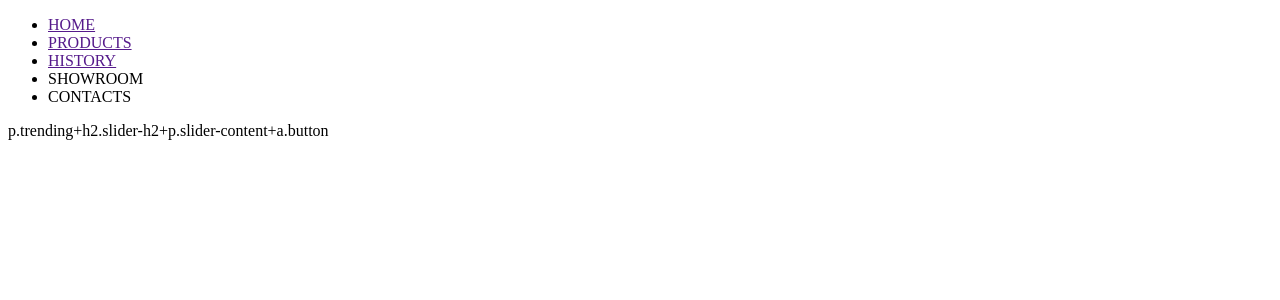
Repository: JaleAliyeva19/interior
Page: index.html
These files come from the project's save history. The page is drawn as it stood at one moment and after the next save; the edit follows.
The browser window is 1280 px wide. The pictures show the whole page.

Above is the page before, as saved 2022-09-06 05:17:09.

After the next save:
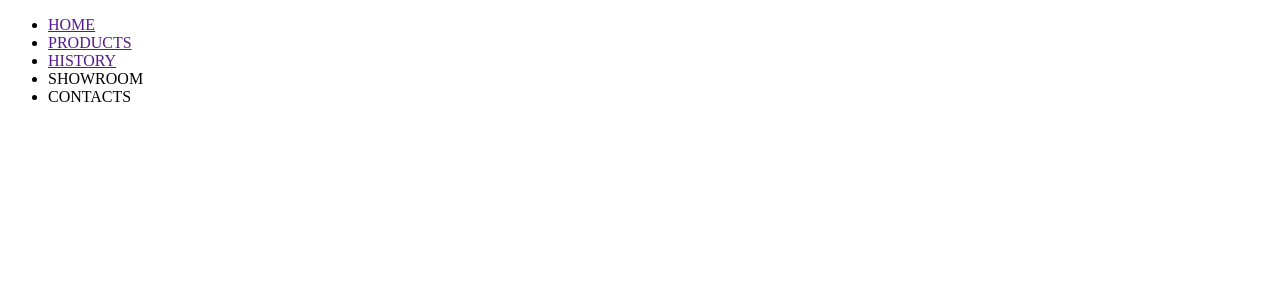
Saved 4 s later.
--- a/index.html
+++ b/index.html
@@ -21,7 +21,10 @@
     <a href="" class="search"></a>
   </div>
    <div class="slider-text">
-    p.trending+h2.slider-h2+p.slider-content+a.button
+    <p class="trending"></p>
+    <h2 class="slider-h2"></h2>
+    <p class="slider-content"></p>
+    <a href="" class="button"></a>
    </div>
    <div class="pagination"></div>
   </div>
